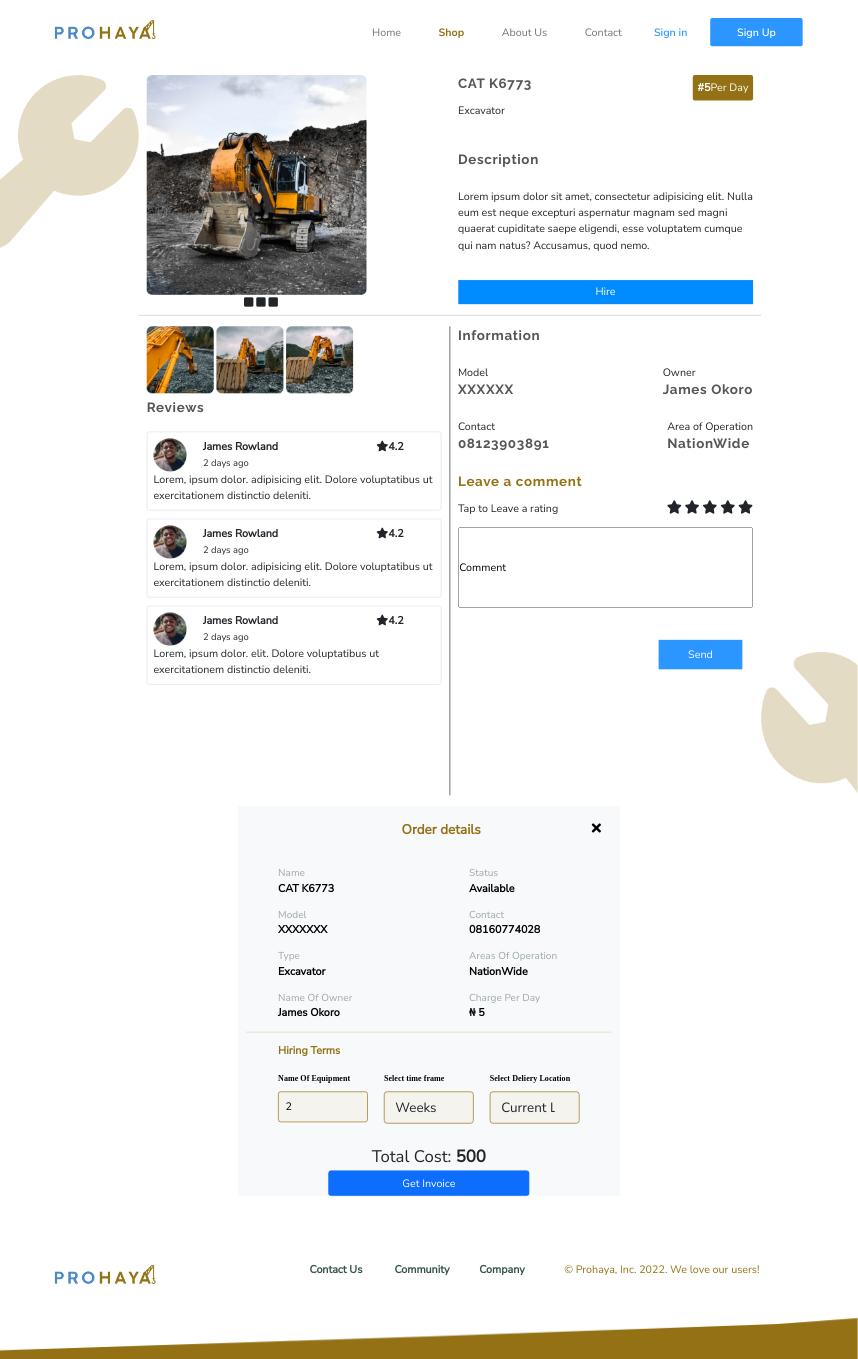
Repository: stormcelltech/Prohaya-UI
Page: equipdetails.html
An editor plug-in stored every save of this project. The page is shown before and after the next save, followed by the edit.
The browser window is 1280 px wide. The pictures show the whole page, at 67% of full size.
Some web libraries are served in a nearby version.

Above is the page before, as saved 2022-04-20 10:43:46.
Console error: TypeError: $(...).owlCarousel is not a function

After the next save:
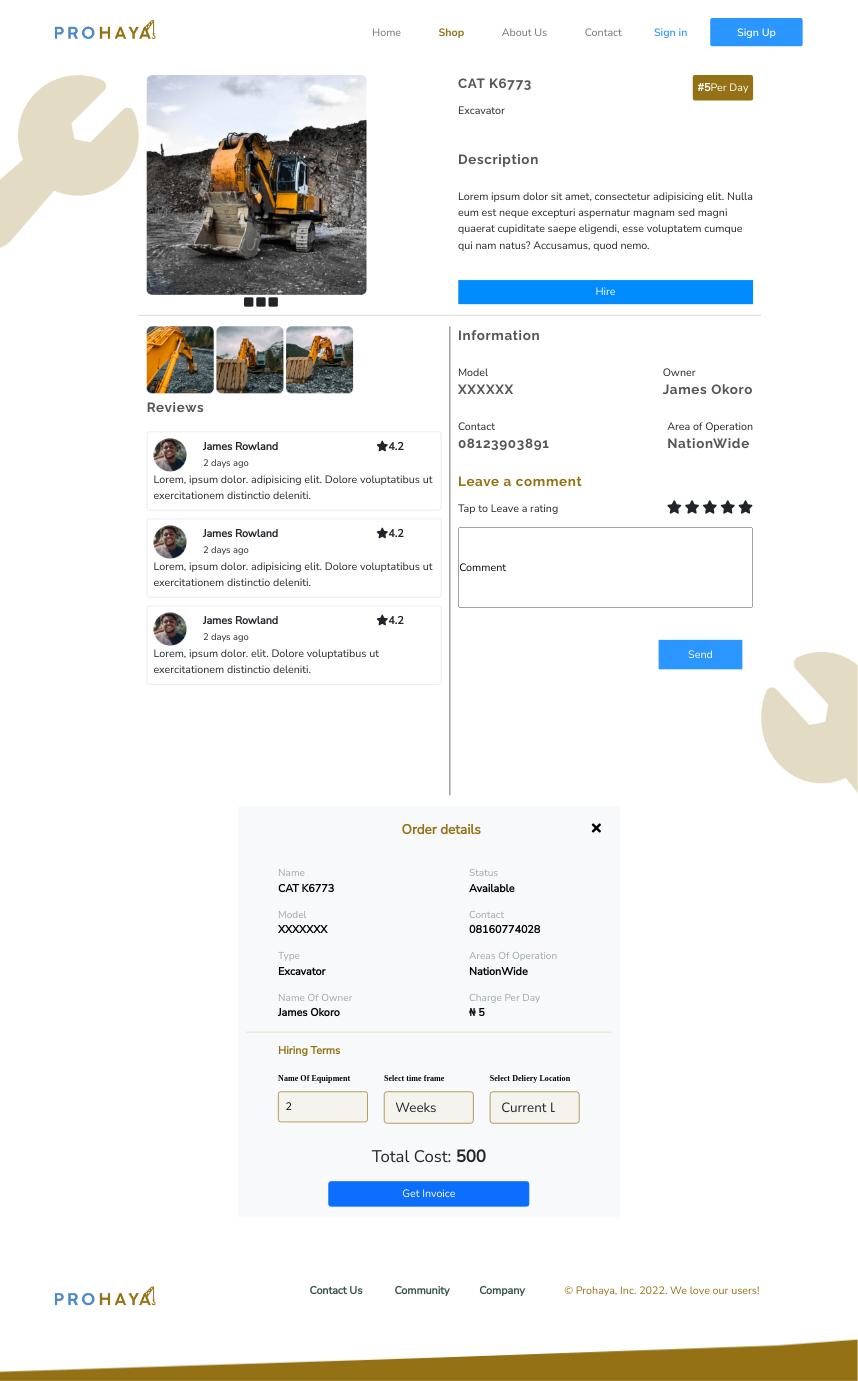
Saved 39 s later.
--- a/equipdetails.html
+++ b/equipdetails.html
@@ -280,7 +280,7 @@
                         <div class="row ">
                             <span class="text-center custom-cost">Total Cost: <strong>500</strong></span>
                         </div>
-                        <div class="row custom-invoice-div">
+                        <div class="row custom-invoice-div my-3">
                             <button type="submit" class="btn btn-primary custom-invoice-btn">Get Invoice</button>
                         </div>
                     </form>
